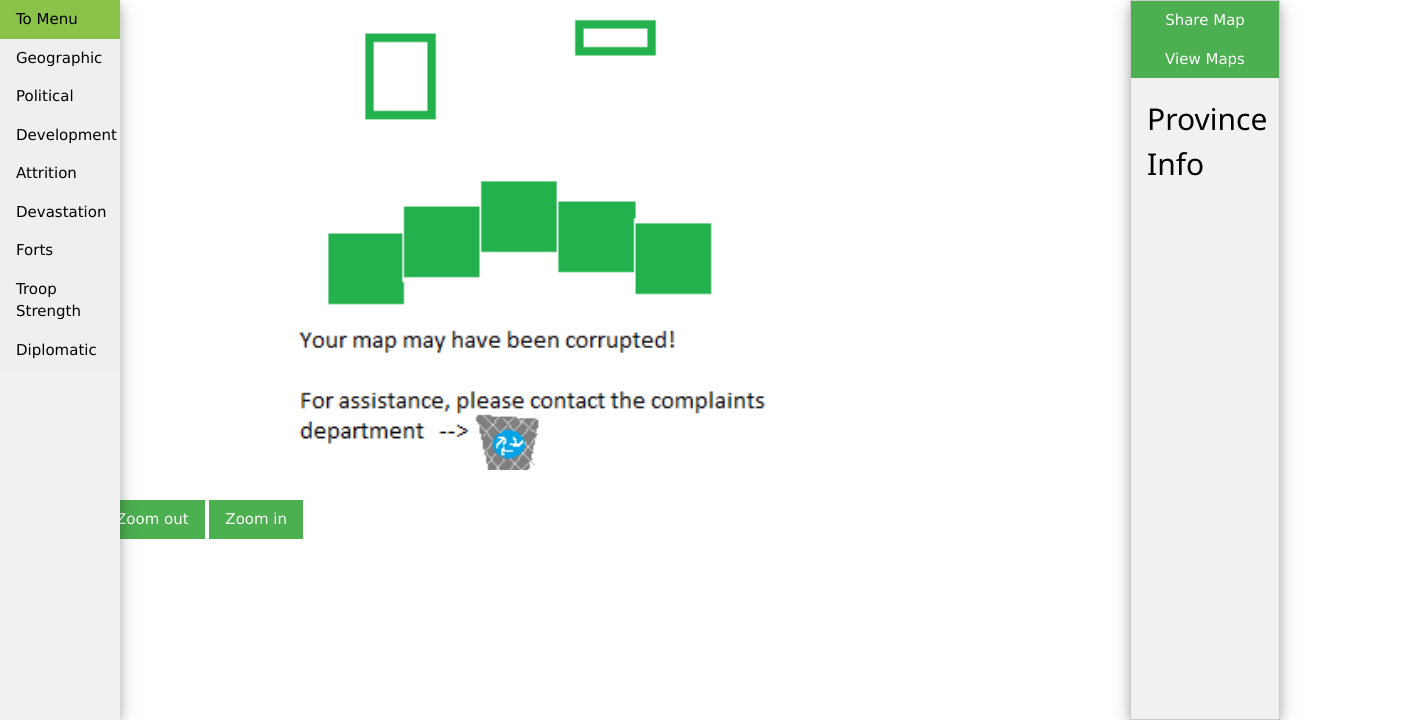
Repository: ReactorDevelopment/environment
Page: public/map.html
The author's editor kept a record of every edit. The page is drawn from the files as they stood at one moment, then again after the next edit.
The browser window is 1280 px wide. The page is 1380 px wide, then 1405 px, so the pictures cover 1405 px, including what lies to the right of the window. The pictures show the whole page.

Above is the page before.
Console error: SyntaxError: Identifier 'ALPHA' has already been declared

After the next edit:
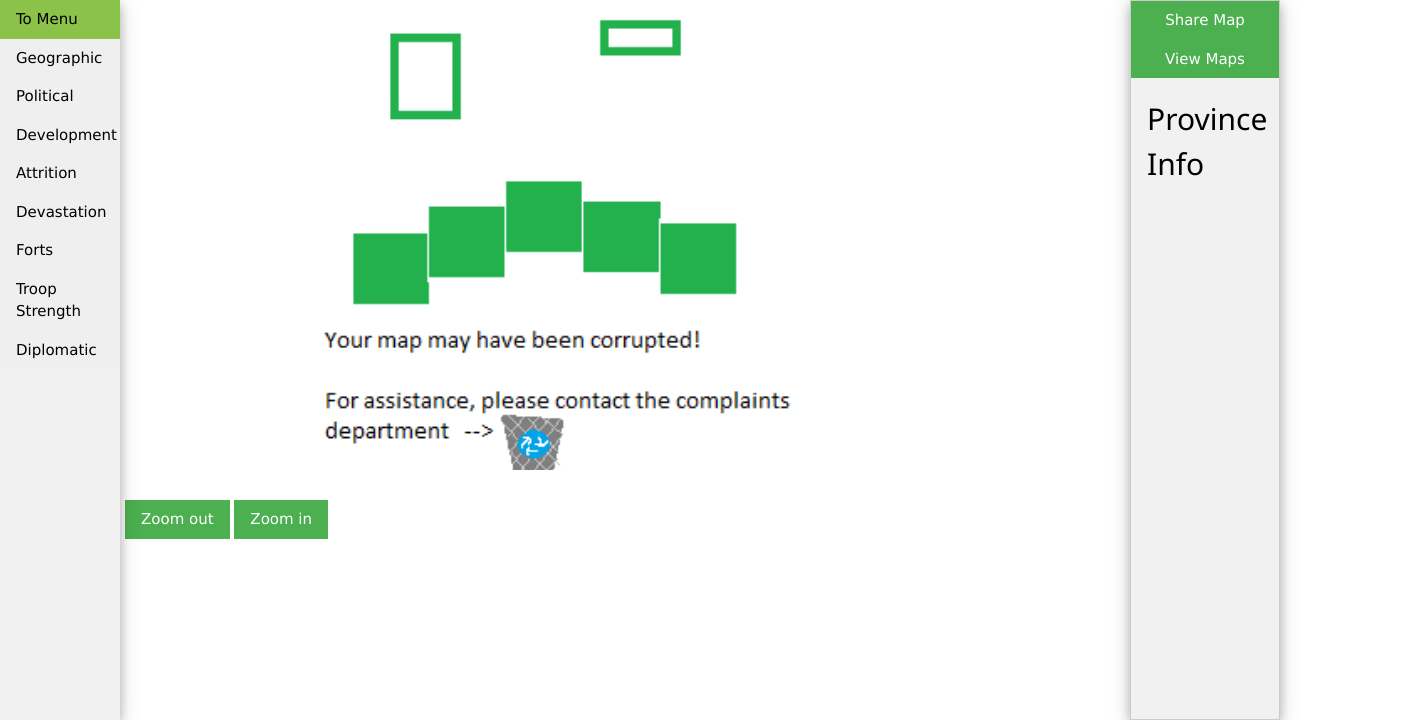
The edit:
--- a/public/map.html
+++ b/public/map.html
@@ -39,7 +39,7 @@
         <li id="provFrt" class="w3-bar-item"></li>
         <li id="provTroops" class="w3-bar-item"></li>
       </ul>
-      <div style="width: 100%; margin-left: 100px">
+      <div style="width: 100%; margin-left: 125px">
         <div class="container">
             <div ondragstart="return false" class="drag-div initial-selected">
                 <img id="mapBackground" src="europe.png" style="width: 100%"/>
